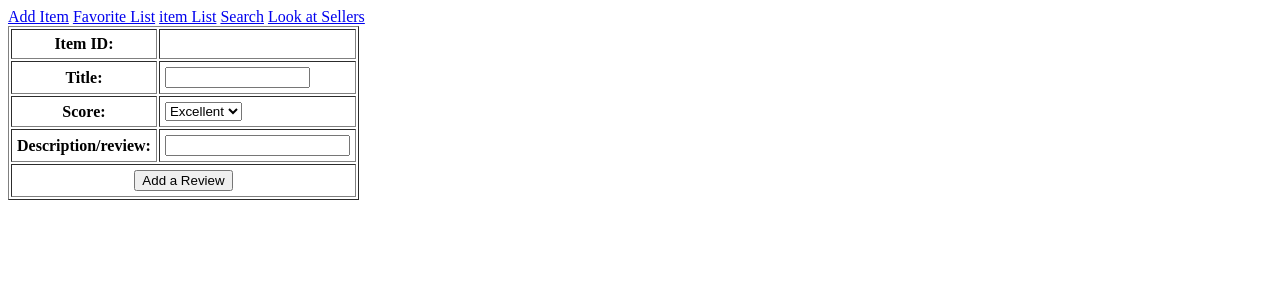
Repository: HamdanM/DatabaseProject
Page: http://localhost/DB3/addReview.jsp
An editor plug-in stored every save of this project. The page is shown before and after the next save, followed by the edit.
The browser window is 1280 px wide. The pictures show the whole page.
The page is served by Tomcat 9. Other server files are loaded and not shown. The template is opened directly, without the code that normally fills it, so the values that code supplies are empty.

Above is the page before, as saved 2019-07-25 14:38:50.

### DB3/WebContent/addReview.jsp
<%@ page language="java" contentType="text/html; charset=ISO-8859-1"
    pageEncoding="ISO-8859-1"%>
  <%@ taglib prefix="c" uri="http://java.sun.com/jsp/jstl/core" %>
<!DOCTYPE html PUBLIC "-//W3C//DTD HTML 4.01 Transitional//EN" "http://www.w3.org/TR/html4/loose.dtd">
<html>
<head>
<meta http-equiv="Content-Type" content="text/html; charset=ISO-8859-1">
<title>Add a Review</title>
</head>
<body>
<a href="addItem.jsp">Add Item</a>
<a href="favlist">Favorite List</a>
<a href="list">item List</a>
<a href="search.jsp">Search</a>
<a href="sellers">Look at Sellers</a>

<form action="insertreview"
          method="post">

        <table border="1" cellpadding="5">
      		 <tr>
                <th>Item ID: </th>
                <td>
                <c:if test="${item != null}">
                    <input type="text" name="Itemid" readonly value="<c:out value='${item.itemid}' />" />
                </c:if>
                 </td>
            </tr>
            <tr>
                <th>Title: </th>
                <td>
                    <input type="text" name="Title" readonly size="15"
                            value="<c:out value='${item.title}' />" />
                </td>
            </tr>
            <tr>
                <th>Score: </th>
                <td>
				<select name="Score">
					<option value="Excellent">Excellent</option>
					<option value="Good">Good</option>
					<option value="Fair">Fair</option>
					<option value="Poor">Poor</option>
				</select>
                </td>
            </tr>
            <tr>
                <th>Description/review: </th>
                <td>
                    <input type="text" name="ShortRemark" width="40" height="4"/>
                </td>
            </tr>


            <tr>
                <td colspan="2" align="center">
                    <input type="submit" name="submit" value="Add a Review" />
                </td>
            </tr>
        </table>





</form>
<div>

</div>
</body>
</html>

After the next save:
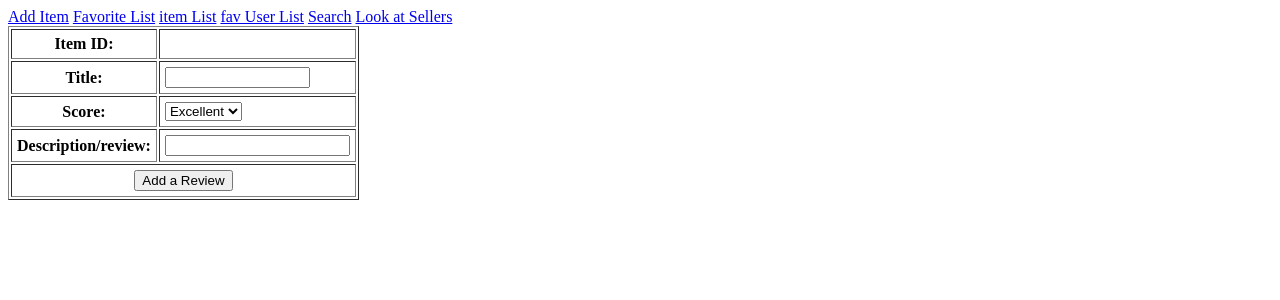
Saved 3 min 26 s later.
--- a/DB3/WebContent/addReview.jsp
+++ b/DB3/WebContent/addReview.jsp
@@ -11,6 +11,7 @@
 <a href="addItem.jsp">Add Item</a>
 <a href="favlist">Favorite List</a>
 <a href="list">item List</a>
+<a href="favUsersList">fav User List</a>
 <a href="search.jsp">Search</a>
 <a href="sellers">Look at Sellers</a>
 
